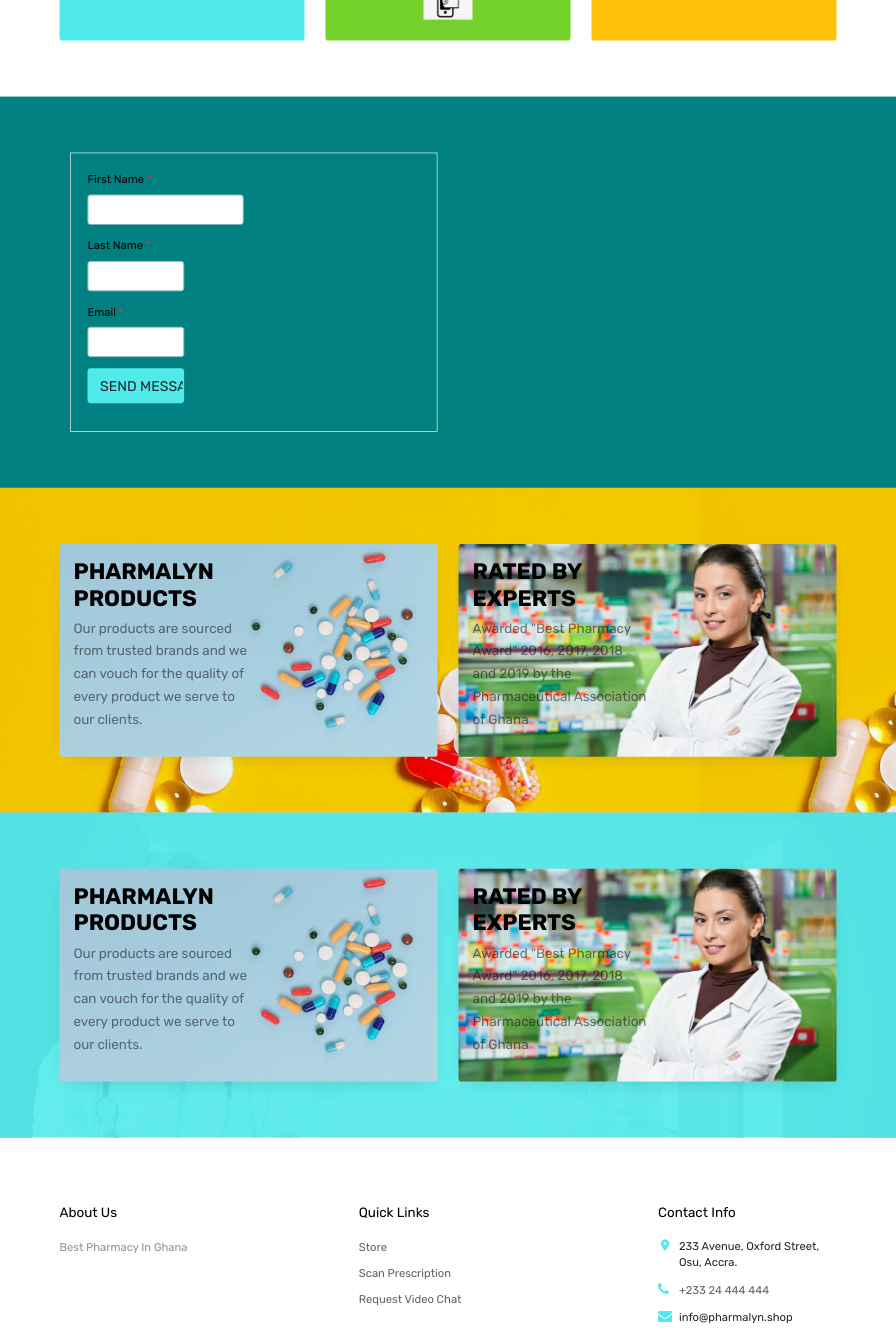
Repository: Nat-A/finalyearproject
Page: pharma/index - Copy.html
These files come from the project's save history. The page is drawn as it stood at one moment and after the next save; the edit follows.
The browser window is 1280 px wide. The pictures show the part of the page from y = 870 to 2770 px (the page is 2999 px tall), at 70% of full size.

Above is the page before, as saved 2020-06-03 13:41:36.

### pharma/index - Copy.html
<!DOCTYPE html>
<html lang="en">

<head>
    <title>PharmaLyn &mdash; HomePage</title>
    <meta charset="utf-8">
    <meta name="viewport" content="width=device-width, initial-scale=1, shrink-to-fit=no">

    <link href="https://fonts.googleapis.com/css?family=Rubik:400,700|Crimson+Text:400,400i" rel="stylesheet">
    <link rel="stylesheet" href="fonts/icomoon/style.css">

    <link rel="stylesheet" href="css/bootstrap.min.css">
    <link rel="stylesheet" href="css/magnific-popup.css">
    <link rel="stylesheet" href="css/jquery-ui.css">
    <link rel="stylesheet" href="css/owl.carousel.min.css">
    <link rel="stylesheet" href="css/owl.theme.default.min.css">


    <link rel="stylesheet" href="css/aos.css">

    <link rel="stylesheet" href="css/style.css">

</head>

<body>

    <div class="site-wrap">

        <!-- navbar  -->
        <div class="site-navbar py-2">

            <div class="search-wrap">
                <div class="container">
                    <a href="#" class="search-close js-search-close"><span class="icon-close2"></span></a>
                    <!-- search feature -->
                    <form action="#" method="post">
                        <input type="text" class="form-control" placeholder="Search drug...">
                    </form>
                </div>
            </div>

            <div class="container">
                <div class="d-flex align-items-center justify-content-between">
                    <div class="logo">
                        <div class="site-logo">
                            <a href="index.html" class="js-logo-clone">PharmaLyn</a>
                        </div>
                    </div>
                    <div class="main-nav d-none d-lg-block">
                        <nav class="site-navigation text-right text-md-center" role="navigation">
                            <ul class="site-menu js-clone-nav d-none d-lg-block">
                                <li class="active"><a href="index.html">Home</a></li>

                                <li class="has-children">
                                    <a href="#">Services</a>
                                    <ul class="dropdown">
                                        <li><a href="shop.html">Store</a></li>
                                        <li><a href="#">Scan Prescription</a></li>
                                        <li><a href="#">Request Video Chat</a></li>
                                    </ul>
                                </li>
                                <li><a href="contact.html">Contact</a></li>
                                <li><a href="about.html">About</a></li>
                                <li><a href="#">Log In / Sign Up  </a></li>
                                <!-- insert modal here -->
                            </ul>
                        </nav>
                    </div>
                    <div class="icons">
                        <a href="#" class="icons-btn d-inline-block js-search-open"><span class="icon-search"></span></a>
                        <a href="cart.html" class="icons-btn d-inline-block bag">
                            <span class="icon-shopping-bag"></span>
                            <!-- subject to the items in the cart -->
                            <span class="number">2</span>
                        </a>
                        <a href="#" class="site-menu-toggle js-menu-toggle ml-3 d-inline-block d-lg-none"><span
                class="icon-menu"></span></a>
                    </div>
                </div>
            </div>
        </div>
        <!-- end of navbar -->


        <!-- site banner -->
        <div class="site-blocks-cover" style="background-image: url('images/pills.jpg');">
            <div class="container">
                <div class="row">
                    <div class="col-lg-7 mx-auto order-lg-2 align-self-center">
                        <div class="site-block-cover-content text-center">
                            <h2 class="sub-title">PharmaLyn, We Care For You</h2>
                            <h1>Welcome To PharmaLyn</h1>
                            <p>
                                <a href="shop.html" class="btn btn-primary px-5 py-3">Shop Now</a>
                            </p>
                        </div>
                    </div>
                </div>
            </div>
        </div>
        <!-- end of banner -->

        <div class="site-section mb-0">
            <div class="container">
                <div class="row align-items-stretch section-overlap">
                    <div class="col-md-6 col-lg-4 mb-4 mb-lg-0">
                        <div class="banner-wrap bg-primary h-100">
                            <a class="h-100">
                                <h5 class="text-center">Place Order</h5>
                            </a>
                        </div>
                    </div>
                    <div class="col-md-6 col-lg-4 mb-4 mb-lg-0">
                        <div class="banner-wrap h-100">
                            <a class="h-100">
                                <h5 class="text-center">Select Payment Option</h5>
                                <img src="images/payment.png" alt="" width="70px" height="50px">
                            </a>
                        </div>
                    </div>
                    <div class="col-md-6 col-lg-4 mb-4 mb-lg-0">
                        <div class="banner-wrap bg-warning h-100">
                            <a class="h-100">
                                <h5 class="text-center">Free Delivery</h5>
                                <img src="images/delivery.gif" alt="" width="70px" height="50px">
                            </a>
                        </div>
                    </div>
                </div>
            </div>
        </div>
        <!-- creating another one -->



        <div class="site-section" style="background: teal;">
            <div class="container">
                <div class="col-md-6">

                    <form action="#" method="post">

                        <div class="p-3 p-lg-4 border">
                            <div class="form-group row">
                                <div class="col-md-6">
                                    <label for="c_fname" class="text-black">First Name <span class="text-danger">*</span></label>
                                    <input type="text" class="form-control" id="c_fname" name="c_fname">
                                </div>
                            </div>
                            <div class="form-group row">
                                <div class="col-md-4">
                                    <label for="c_lname" class="text-black">Last Name <span class="text-danger">*</span></label>
                                    <input type="text" class="form-control" id="c_lname" name="c_lname">
                                </div>
                            </div>
                            <div class="form-group row">
                                <div class="col-md-4">
                                    <label for="c_email" class="text-black">Email <span class="text-danger">*</span></label>
                                    <input type="email" class="form-control" id="c_email" name="c_email" placeholder="">
                                </div>
                            </div>

                            <div class="form-group row">
                                <div class="col-lg-4">
                                    <input type="submit" class="btn btn-primary btn-lg btn-block" value="Send Message">
                                </div>
                            </div>
                        </div>
                    </form>
                </div>







            </div>
        </div>


        <!-- site ad -->
        <div class="site-section" style="background-image: url( 'images/bg.jpeg'); ">
            <div class="container ">
                <div class="row align-items-stretch ">
                    <div class="col-lg-6 mb-5 mb-lg-0 ">
                        <a class="banner-1 h-100 d-flex " style="background-image: url( 'images/bg_1.jpg'); ">
                            <div class="banner-1-inner align-self-center ">
                                <h2>PharmaLyn Products</h2>
                                <p>Our products are sourced from trusted brands and we can vouch for the quality of every product we serve to our clients.
                                </p>
                            </div>
                        </a>
                    </div>
                    <div class="col-lg-6 mb-5 mb-lg-0 ">
                        <a class="banner-1 h-100 d-flex " style="background-image: url( 'images/avatars/doctor4.jpg'); ">
                            <div class="banner-1-inner align-self-center ">
                                <h2>Rated by Experts</h2>
                                <p>Awarded "Best Pharmacy Award" 2016, 2017, 2018 and 2019 by the Pharmaceutical Association of Ghana
                                </p>
                            </div>
                        </a>
                    </div>
                </div>
            </div>
        </div>
        <!-- end of ad -->




        <!-- original site ad -->
        <div class="site-section bg-secondary bg-image " style="background-image: url( 'images/bg_2.jpg'); ">
            <div class="container ">
                <div class="row align-items-stretch ">
                    <div class="col-lg-6 mb-5 mb-lg-0 ">
                        <a class="banner-1 h-100 d-flex " style="background-image: url( 'images/bg_1.jpg'); ">
                            <div class="banner-1-inner align-self-center ">
                                <h2>PharmaLyn Products</h2>
                                <p>Our products are sourced from trusted brands and we can vouch for the quality of every product we serve to our clients.
                                </p>
                            </div>
                        </a>
                    </div>
                    <div class="col-lg-6 mb-5 mb-lg-0 ">
                        <a class="banner-1 h-100 d-flex " style="background-image: url( 'images/avatars/doctor4.jpg'); ">
                            <div class="banner-1-inner align-self-center ">
                                <h2>Rated by Experts</h2>
                                <p>Awarded "Best Pharmacy Award" 2016, 2017, 2018 and 2019 by the Pharmaceutical Association of Ghana
                                </p>
                            </div>
                        </a>
                    </div>
                </div>
            </div>
        </div>
        <!-- end of ad -->

        <!-- footer -->
        <footer class="site-footer ">
            <div class="container ">
                <div class="row ">
                    <div class="col-md-6 col-lg-3 mb-4 mb-lg-0 ">

                        <div class="block-7 ">
                            <h3 class="footer-heading mb-4 ">About Us</h3>
                            <p>Best Pharmacy In Ghana</p>
                        </div>

                    </div>
                    <div class="col-lg-3 mx-auto mb-5 mb-lg-0 ">
                        <h3 class="footer-heading mb-4 ">Quick Links</h3>
                        <ul class="list-unstyled ">
                            <li><a href="shop.html ">Store</a></li>
                            <li><a href="# ">Scan Prescription</a></li>
                            <li><a href="# ">Request Video Chat</a></li>
                        </ul>
                    </div>

                    <div class="col-md-6 col-lg-3 ">
                        <div class="block-5 mb-5 ">
                            <h3 class="footer-heading mb-4 ">Contact Info</h3>
                            <ul class="list-unstyled ">
                                <li class="address ">233 Avenue, Oxford Street, Osu, Accra. </li>
                                <li class="phone "><a href="tel:// ">+233 24 444 444</a></li>
                                <li class="email ">info@pharmalyn.shop</li>
                            </ul>
                        </div>
                    </div>
                </div>
                <div class="row pt-5 text-center ">
                    <div class="col-md-12 ">
                        <p>
                            Copyright &copy;
                            <script>
                                document.write(new Date().getFullYear());
                            </script> All rights reserved | PharmaLyn
                        </p>
                    </div>
                </div>
            </div>
        </footer>
        <!-- end of footer -->
    </div>

    <script src="js/jquery-3.3.1.min.js "></script>
    <script src="js/jquery-ui.js "></script>
    <script src="js/popper.min.js "></script>
    <script src="js/bootstrap.min.js "></script>
    <script src="js/owl.carousel.min.js "></script>
    <script src="js/jquery.magnific-popup.min.js "></script>
    <script src="js/aos.js "></script>

    <script src="js/main.js "></script>

</body>

</html>

Loaded but not shown: pharma/fonts/icomoon/style.css (common file); pharma/css/bootstrap.min.css (library); pharma/css/magnific-popup.css (library); pharma/css/jquery-ui.css (library); pharma/css/owl.carousel.min.css (common file); pharma/css/owl.theme.default.min.css (common file); pharma/css/aos.css (library); pharma/js/jquery-3.3.1.min.js (library); pharma/js/jquery-ui.js (library); pharma/js/popper.min.js (library); pharma/js/bootstrap.min.js (library); pharma/js/owl.carousel.min.js (library); pharma/js/jquery.magnific-popup.min.js (library); pharma/js/aos.js (library); pharma/js/main.js (219 lines, source omitted); pharma/css/style.css (1125 lines, source omitted)

After the next save:
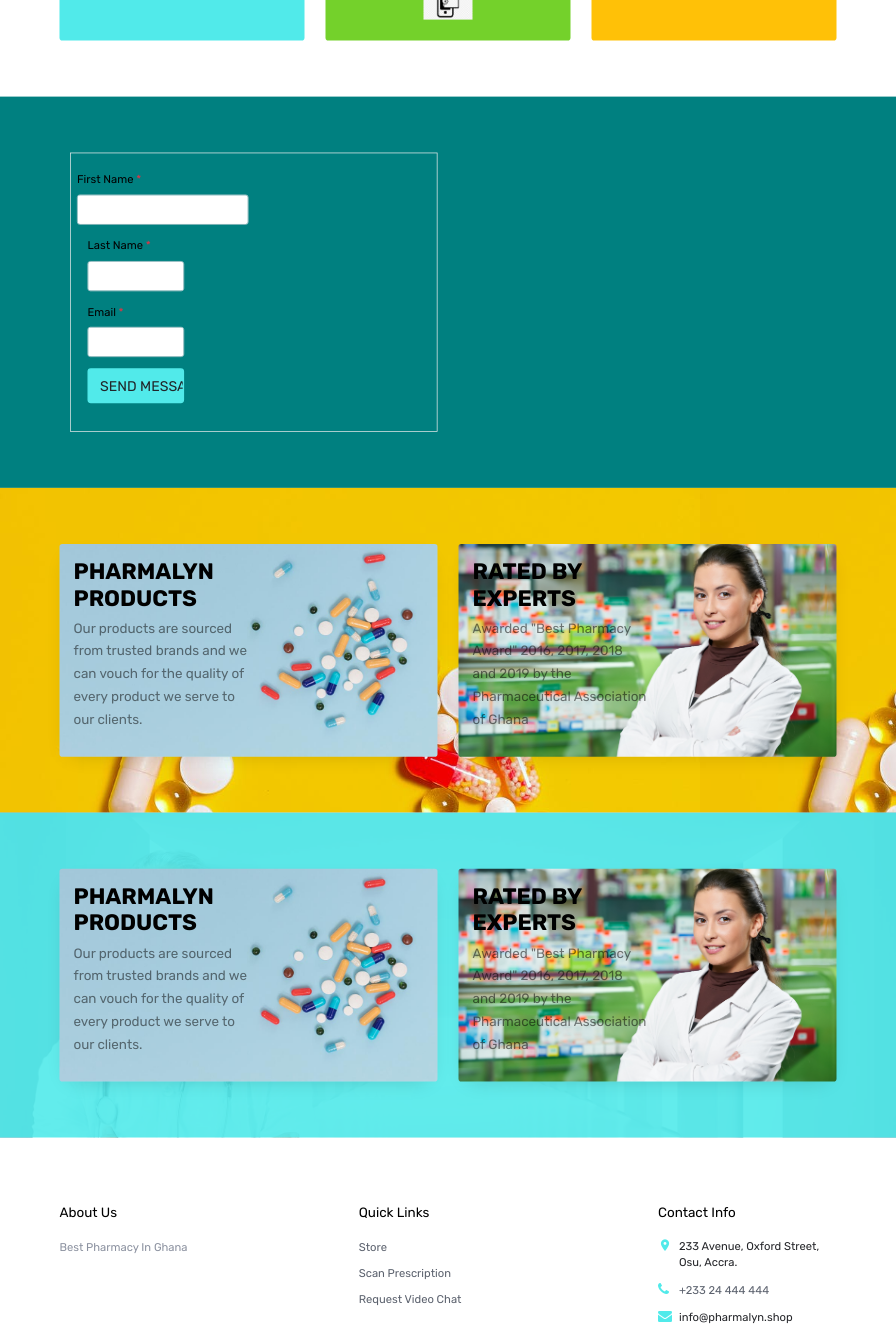
Saved 6 s later.
--- a/pharma/index - Copy.html
+++ b/pharma/index - Copy.html
@@ -141,7 +141,7 @@
 
                         <div class="p-3 p-lg-4 border">
                             <div class="form-group row">
-                                <div class="col-md-6">
+                                <div class="col-md-">
                                     <label for="c_fname" class="text-black">First Name <span class="text-danger">*</span></label>
                                     <input type="text" class="form-control" id="c_fname" name="c_fname">
                                 </div>
